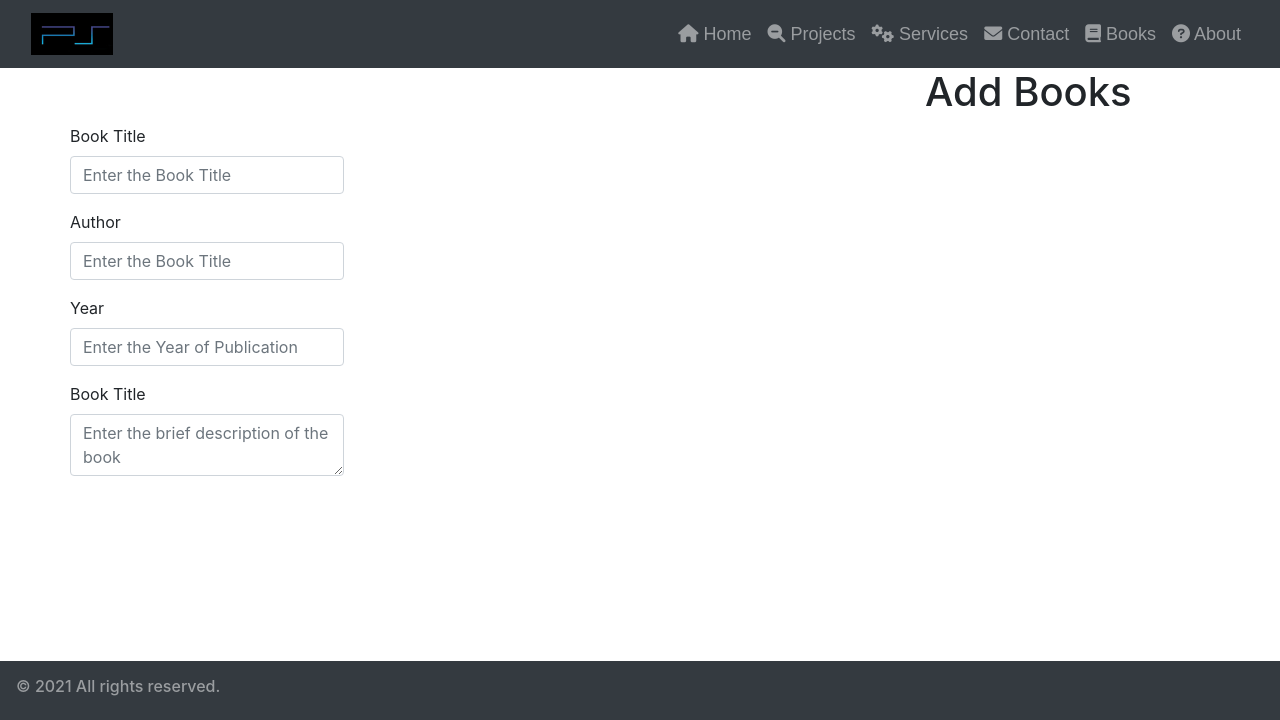
Repository: ParambirParambir/Assignment02
Page: http://localhost/book-list/add
The author's editor kept a copy of each file at every save. The page is drawn from the files as they stood at one save, then again after the next save.
The browser window is 1280 px wide. The pictures show the whole page.
Some web libraries are served in a nearby version. The page is served by the project's Node server (server/config/app.js). Other server files are loaded and not shown.

Above is the page before, as saved 2021-10-21 19:39:31.

### server/views/book/add.ejs
<%- include ../partials/header.ejs %>

<%- include ../partials/main_nav.ejs %>

<!--Main content for Add page-->
<div class="container">
    <div class="row">
        <div class="offset-md-3 col-md-6"></div>
        <h1><%= title %></h1>

        <form class="form" method="post">
            <div class="form-group">
                <label for="nameTextField">Book Title</label>
                <input type="text" class="form-control" id="nameTextField" placeholder="Enter the Book Title" name="name" required>
            </div>

            <div class="form-group">
                <label for="authorTextField">Author</label>
                <input type="text" class="form-control" id="authorTextField" placeholder="Enter the Book Title" name="author" required>
            </div>

            <div class="form-group">
                <label for="publishedTextField">Year</label>
                <input type="text" class="form-control" id="publishedTextField" placeholder="Enter the Year of Publication " name="name" required>
            </div>

            <div class="form-group">
                <label for="descriptionTextArea">Book Title</label>
                <textarea type="text" class="form-control" id="descriptionTextArea" placeholder="Enter the brief description of the book" name="name" required></textarea>
            </div>

    </div>
</div>

<%- include ../partials/bottom_nav.ejs %>

<%- include ../partials/footer.ejs %>

### server/views/partials/header.ejs
<!DOCTYPE html>
<html lang="en">
<head>
  <meta charset="UTF-8">
  <meta http-equiv="X-UA-Compatible" content="IE=edge">
  <meta name="viewport" content="width=device-width, initial-scale=1.0">
  <title><%= title %> page</title>

  <!--css-->
  <link rel='stylesheet' href='/Content/app.css' />

<!--These stylesheets were saying 404 in console-->

  <!--<link rel="stylesheet" href="/bootstrap/dist/bootstrap.min.css">
  <link rel="stylesheet" href='/@fortawesome/fontawesome-free/css/all.min.css'-->

  <link rel="stylesheet" href="https://cdn.jsdelivr.net/npm/bootstrap@4.6.0/dist/css/bootstrap.min.css" integrity="sha384-B0vP5xmATw1+K9KRQjQERJvTumQW0nPEzvF6L/Z6nronJ3oUOFUFpCjEUQouq2+l" crossorigin="anonymous">
 <link rel="stylesheet" href="https://cdnjs.cloudflare.com/ajax/libs/font-awesome/6.0.0-beta2/css/all.min.css" integrity="sha512-YWzhKL2whUzgiheMoBFwW8CKV4qpHQAEuvilg9FAn5VJUDwKZZxkJNuGM4XkWuk94WCrrwslk8yWNGmY1EduTA==" crossorigin="anonymous" referrerpolicy="no-referrer" />

</head>
<body>

### server/views/partials/main_nav.ejs
 <!--main nav-->
  <nav class="navbar navbar-expand-lg navbar-dark bg-dark">
    <div class="container-fluid">
      <a class="navbar-brand" href="/home"><img src="/Assets/images/logo.jpg" class="logo"></a>
      <button class="navbar-toggler" type="button" data-bs-toggle="collapse" data-bs-target="#navbarSupportedContent" aria-controls="navbarSupportedContent" aria-expanded="false" aria-label="Toggle navigation">
        <span class="navbar-toggler-icon"></span>
      </button>

      <div class="collapse navbar-collapse" id="navbarSupportedContent">
        <ul class="navbar-nav ml-auto mb-2 mb-lg-0">

          <% if (title=="Home"){%>
          <li class="nav-item active"><%}
          else {%>
              <li class="nav-item"><% }%>

            <a class="nav-link" aria-current="page" href="/home"><i class="fas fa-home"></i> Home </a>
          </li>

          <% if (title=="Projects"){%>
          <li class="nav-item active"><%}
          else {%>
              <li class="nav-item"><% }%>
            <a class="nav-link" href="/projects"><i class="fas fa-search-minus"></i> Projects </a>
          </li>

          <% if (title=="Services"){%>
          <li class="nav-item active"><%}
          else {%>
              <li class="nav-item"><% }%>
            <a class="nav-link" href="/services"><i class="fas fa-cogs"></i> Services </a>
          </li>

          <% if (title=="Contact"){%>
          <li class="nav-item active"><%}
          else {%>
              <li class="nav-item"><% }%>
            <a class="nav-link" href="/contact"><i class="fas fa-envelope"></i> Contact </a>
          </li>

            <% if (title=="Books"){%>
          <li class="nav-item active"><%}
          else {%>
              <li class="nav-item"><% }%>
            <a class="nav-link" href="/book-list"><i class="fa-solid fa-book"></i> Books </a>
          </li>

          <% if (title=="About"){%>
          <li class="nav-item active"><%}
          else {%>
              <li class="nav-item"><% }%>
            <a class="nav-link" href="/about"><i class="fas fa-question-circle"></i> About </a>


        </ul>
      </div>
    </div>
  </nav>

### server/views/partials/bottom_nav.ejs
<!--bottom nav-->
<footer class="container">
    <nav class="navbar fixed-bottom navbar-dark bg-dark">
    <h6 class="navbar-text">&copy; 2021 All rights reserved.</h6>
    </nav>
</footer>

### server/views/partials/footer.ejs
  <!--scripts-->

  <script src="https://ajax.googleapis.com/ajax/libs/jquery/2.1.1/jquery.min.js"></script>
 <!-- <script src="/jquery/dist/jquery.min.js"></script>-->
  <script src="/Scripts/app.js"></script>
</body>
</html>

### server/config/app.js
let createError = require('http-errors');
let express = require('express');
let path = require('path');
let cookieParser = require('cookie-parser');
let logger = require('morgan');

//database setup
let mongoose=require('mongoose');
let DB=require('./db');

//connect mongoose to the DB URI
mongoose.connect(DB.URI, {useNewUrlParser: true}, {useUnifiedTopology:true} );

let mongoDB=mongoose.connection;
mongoDB.on('error', console.error.bind(console,'connection error: '));
mongoDB.once('open',()=>{
  console.log('Connected to MongoDB...');
});

let indexRouter = require('../routes/index');
let usersRouter = require('../routes/users');
let booksRouter = require('../routes/book');
const { Console } = require('console');

let app = express();

// view engine setup
app.set('views', path.join(__dirname, '../views'));
app.set('view engine', 'ejs');

app.use(logger('dev'));
app.use(express.json());
app.use(express.urlencoded({ extended: false }));
app.use(cookieParser());
app.use(express.static(path.join(__dirname, '../../public')));
app.use(express.static(path.join(__dirname, '../../node_modules')));

app.use('/', indexRouter);
app.use('/users', usersRouter);
app.use('/book-list', booksRouter);

// catch 404 and forward to error handler
app.use(function(req, res, next) {
  next(createError(404));
});

// error handler
app.use(function(err, req, res, next) {
  // set locals, only providing error in development
  res.locals.message = err.message;
  res.locals.error = req.app.get('env') === 'development' ? err : {};

  // render the error page
  res.status(err.status || 500);
  res.render('error', {title: 'Error'});
});

module.exports = app;

### server/routes/book.js
let express=require("express");
let router=express.Router();
let mongoose=require('mongoose');

//connect to our book model
let Book =require('../models/book');

/*Get Route for the Book list page- READ operation*/
router.get('/',(req,res,next)=>{
    Book.find((err,BookList)=>{
        if(err)
        {
            return console.error(err);
        }
        else
        {
           // console.log(BookList);

           res.render('book/list.ejs', {title:'Books', BookList:BookList})
        }
    });

});

/*Get Route for the Add page- CREATE operation*/
router.get('/add', (req, res, next)=>{
    res.render('book/add', {title: 'Add Books'})
});

/*Post Route for the Add page- CREATE operation*/
router.post('/add', (req, res, next)=>{
    let newBook=Book(
        {
            "name":req.body.name,
            "author":req.body.author,
            "published":req.body.published,
            "description": req.body.description,
            "price": req.body.price
        }
    );
    Book.create(newBook, (err, Book)=>{
        if(err)
        {
            console.log(err);
            res.end(err);
        }
        else
        {
            //refresh the book list
            res.redirect('/book-list');
        }
    })
});

/*Get Route for the Edit page- UPDATE operation*/
router.get('/edit/:id', (req, res, next)=>{
    let id=req.params.id;

    Book.findById(id, (err, bookToEdit)=>{
        if(err)
        {
            console.log(err);
            res.end(err);
        }
        else
        {
            //refresh the book list
            res.render('book/edit', {title:'Edit Book', book:bookToEdit})
        }
    });
});

/*Post Route for the Edit age- UPDATE operation*/
router.post('/edit/:id', (req, res, next)=>{
    let id=req.params.id

    let updateBook=Book
    (
        {
            "_id":id,
            "name":req.body.name,
            "author":req.body.author,
            "published":req.body.published,
            "description": req.body.description,
            "price": req.body.price
        }
    );
    Book.updateOne({_id:id},updateBook, (err)=>{
        if(err)
        {
            console.log(err);
            res.end(err);
        }
        else
        {
            //refresh the book list
            res.redirect('/book-list');
        }
    });
});

/*Get to perform Deletion- DELETE operation*/
router.get('/delete/:id', (req, res, next)=>{
    let id=req.params.id;

    Book.remove({_id:id}, (err)=>{
        if(err)
        {
            console.log(err);
            res.end(err);
        }
        else
        {
            //refresh the book list
            res.redirect('/book-list');
        }
        });
    });

module.exports=router;

### public/Content/app.css
/*-custom css--*/
p{
    font-family: sans-serif; font-size: larger; font-weight: 700;
}
ul{
    font-family: sans-serif; font-size: large; color: rgb(11, 11, 66);
}

/*designing of email and calling sysmbols*/
.contactUsEmail{
    width: 7%; height: 7%; float: right; padding-right: 3%; padding-top: 2%;
}
.contactUsPhone{
    width: 4.2%; height: 4.2%; float: right; margin-right: 7%;  padding-top: 2%;
}
.descriptionOfProjects{
    font-family: Cambria, Cochin, Georgia, Times, 'Times New Roman', serif; font-size: medium; color: rgb(34, 34, 34);
}
h2, h4{
    color:rgb(238, 46, 46);
}
.logo{
    width: 50%;
}

### public/Scripts/app.js
/*IIFE*/

(function()
{
    function Start()
    {
        console.log("App started...");
    }
    window.addEventListener("load", Start);
})();

After the next save:
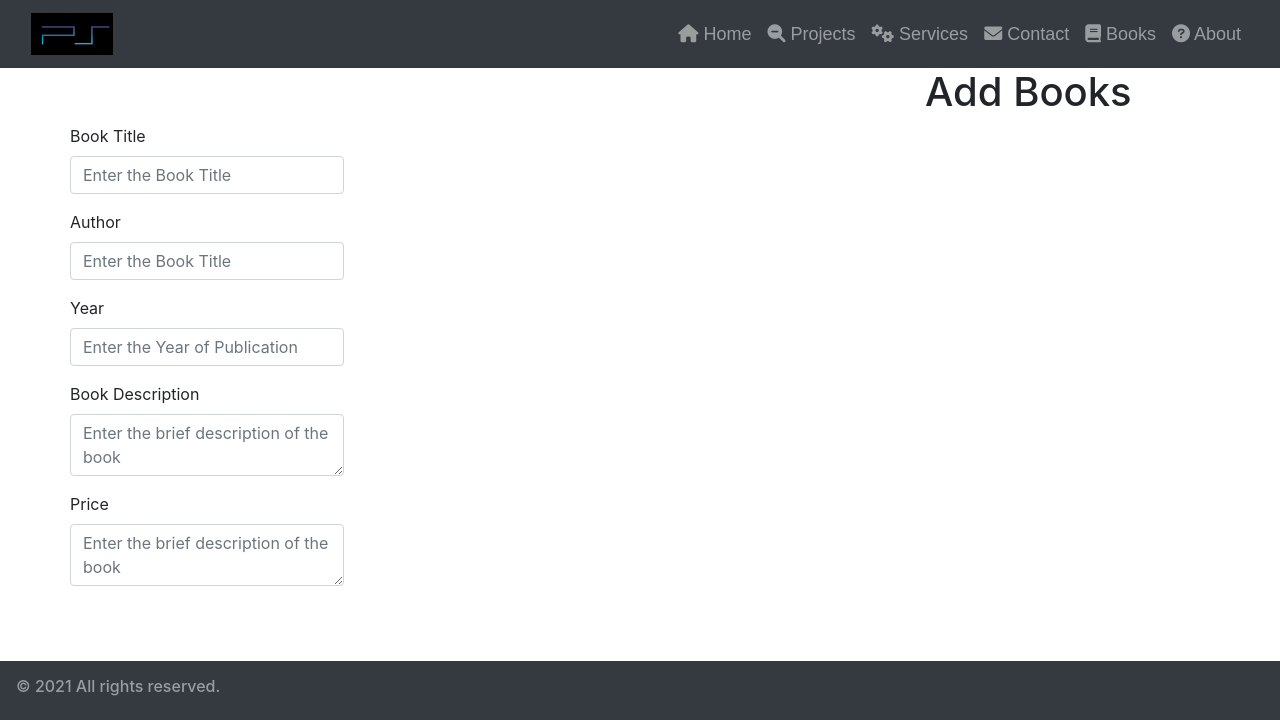
Saved 3 min 35 s later.
--- a/server/views/book/add.ejs
+++ b/server/views/book/add.ejs
@@ -25,9 +25,16 @@
             </div>
 
             <div class="form-group">
-                <label for="descriptionTextArea">Book Title</label>
+                <label for="descriptionTextArea">Book Description</label>
                 <textarea type="text" class="form-control" id="descriptionTextArea" placeholder="Enter the brief description of the book" name="name" required></textarea>
             </div>
+
+            <div class="form-group">
+                <label for="priceTextField">Price</label>
+                <textarea type="text" class="form-control" id="priceTextField" placeholder="Enter the brief description of the book" name="name" required></textarea>
+            </div>
+
+
 
     </div>
 </div>
